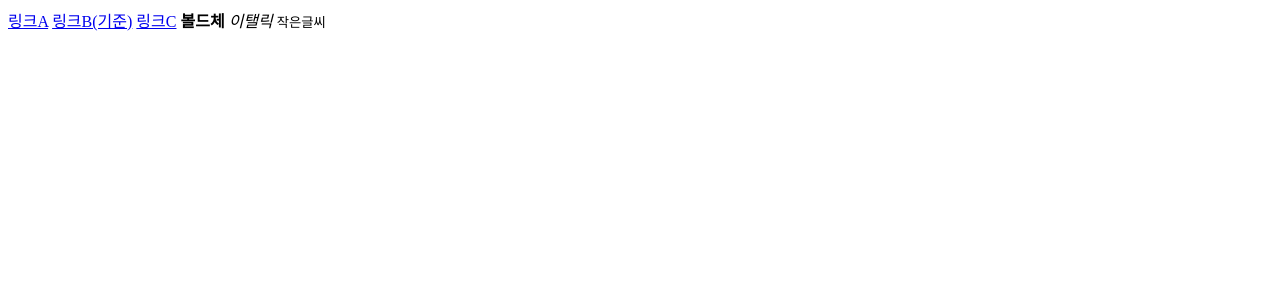
Repository: Hwang-97/HhwDesktop
Page: client/ClientTest/src/main/webapp/html/ex13_tag.html
An editor plug-in stored every save of this project. The page is shown before and after the next save, followed by the edit.
The browser window is 1280 px wide. The pictures show the whole page.

Above is the page before, as saved 2021-12-10 02:43:02.

### client/ClientTest/src/main/webapp/html/ex13_tag.html
<!DOCTYPE html>
<html>
<head>
<meta charset="UTF-8">
<title>Insert title here</title>
</head>
<body>
	<a href="#!">링크A</a>
	<a href="#!">링크B(기준)</a>
	<a href="#!">링크C</a>
	<b>볼드체</b>
	<i>이탤릭</i>
	<small>작은글씨</small>
</body>
</html>

After the next save:
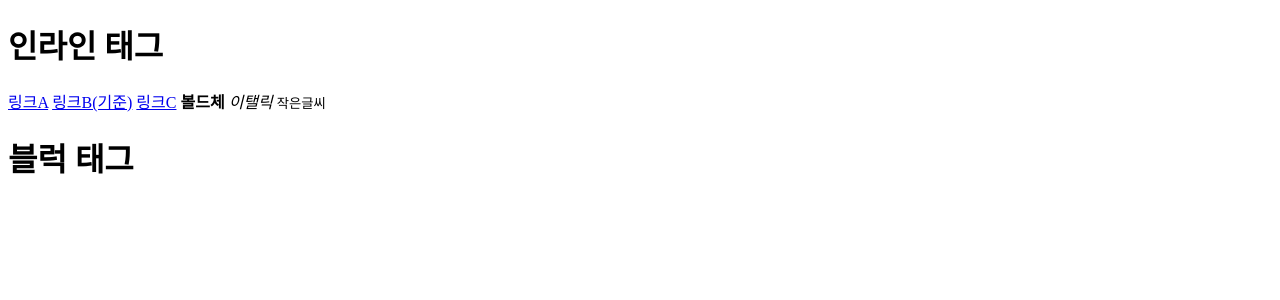
Saved 2 min 10 s later.
--- a/client/ClientTest/src/main/webapp/html/ex13_tag.html
+++ b/client/ClientTest/src/main/webapp/html/ex13_tag.html
@@ -5,11 +5,14 @@
 <title>Insert title here</title>
 </head>
 <body>
+<h1>인라인 태그</h1>
 	<a href="#!">링크A</a>
 	<a href="#!">링크B(기준)</a>
 	<a href="#!">링크C</a>
 	<b>볼드체</b>
 	<i>이탤릭</i>
 	<small>작은글씨</small>
+
+<h1>블럭 태그</h1>
 </body>
 </html>
